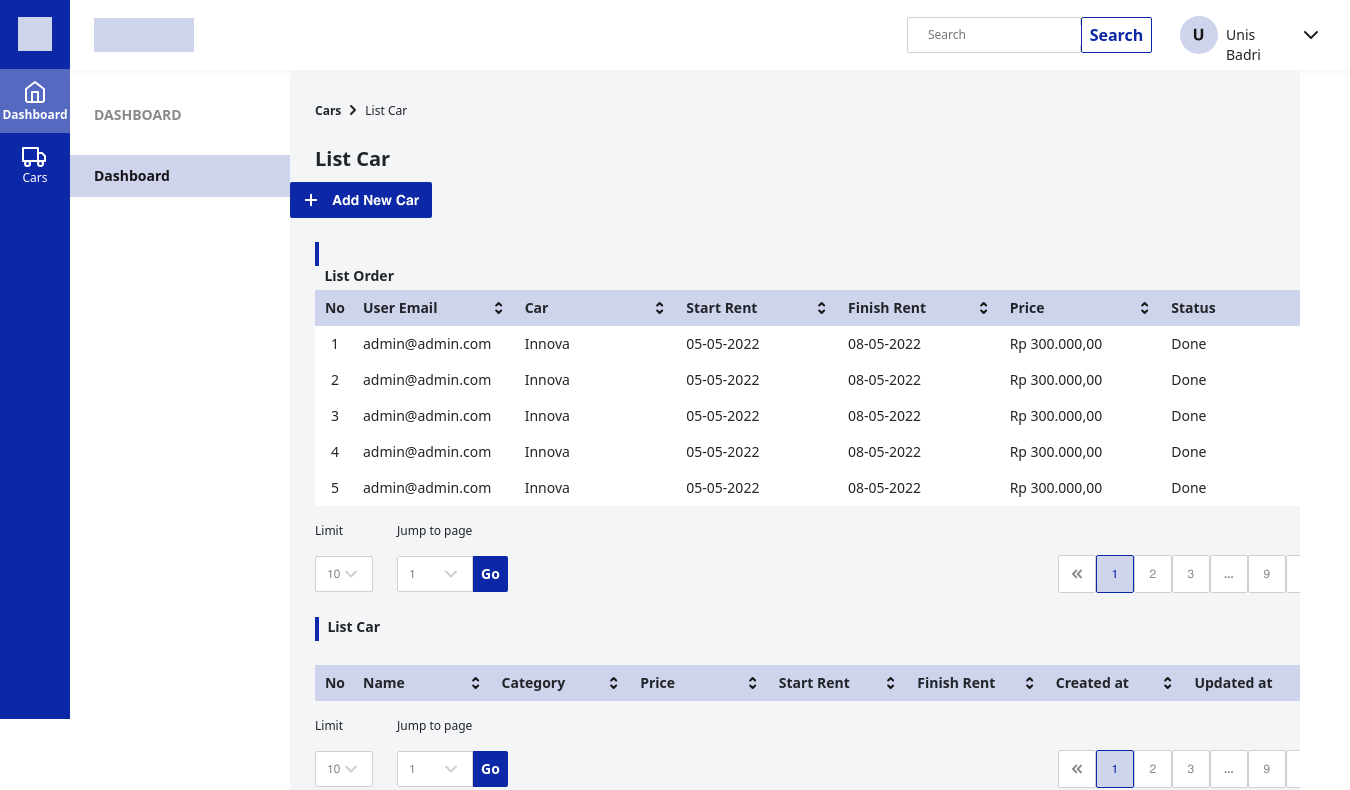
Repository: farrelmuhammad/challenge-7-binar
Page: /carlist
These files come from the project's save history. The page is drawn as it stood at one moment and after the next save; the edit follows.
The browser window is 1280 px wide. The page is 1350 px wide, so the pictures cover 1350 px, including what lies to the right of the window. The pictures show the whole page.
The project was rebuilt for these pictures with package versions that can differ from the ones it lists, and the page was loaded fresh each time. Also part of the build but not shown: src/component/navbar.js, src/component/header.js, src/component/footer.js, src/App.js, src/component/admin/Dashboard/index.jsx, src/pages/admin/Dashboard.js, src/component/searchForm.js, src/pages/cars.js.

Above is the page before, as saved 2022-05-27 19:29:03.

After the next save:
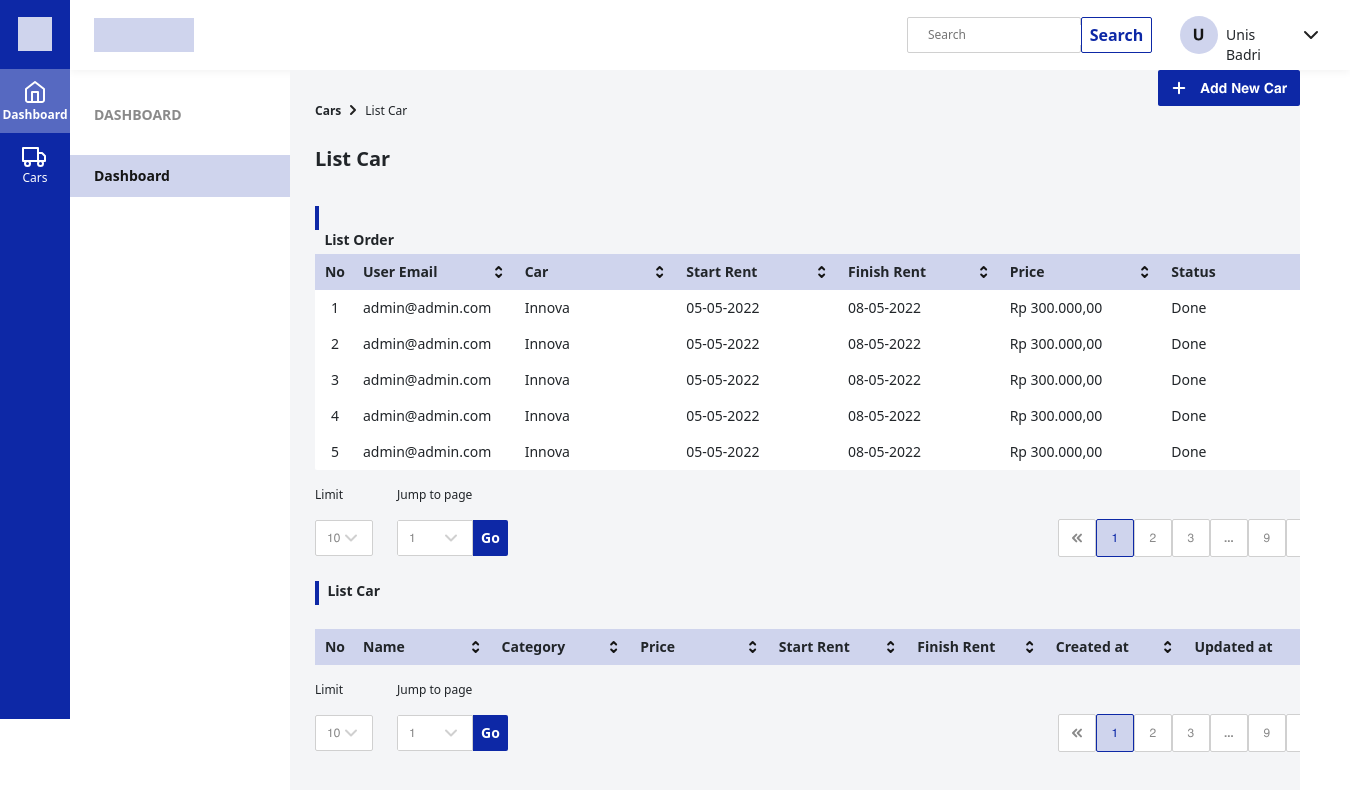
Saved 52 s later.
--- a/src/component/admin/Cars/index.jsx
+++ b/src/component/admin/Cars/index.jsx
@@ -59,9 +59,13 @@ const CarsListContent= () => {
           <img src="img/arrow-right.svg" alt="arrow-right" />
           <p>List Car</p>
         </div>
-        <h1 className="title-h1">List Car</h1>
-        <div className="col d-flex text-end">
-            <img src="img/btn-addcar.svg" alt="add new"/>
+        <div className="row">
+            <div className="col">
+                <h1 className="title-h1">List Car</h1>
+            </div>
+            <div className="col text-end">
+                <img src="img/btn-addcar.svg" alt="add new"/>
+            </div>
         </div>
         <div className="list-order">
           <img src="img/line-blue.svg" alt="" />
